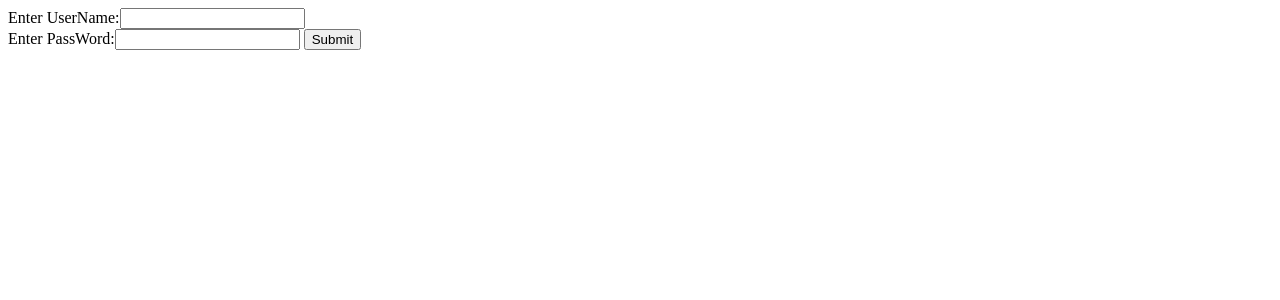
Repository: srikanthModugu/jdbc-servlet-jsp
Page: SutudentRegistration/WebContent/LoginPage.html
An editor plug-in stored every save of this project. The page is shown before and after the next save, followed by the edit.
The browser window is 1280 px wide. The pictures show the whole page.

Above is the page before, as saved 2017-10-02 11:03:52.

After the next save:
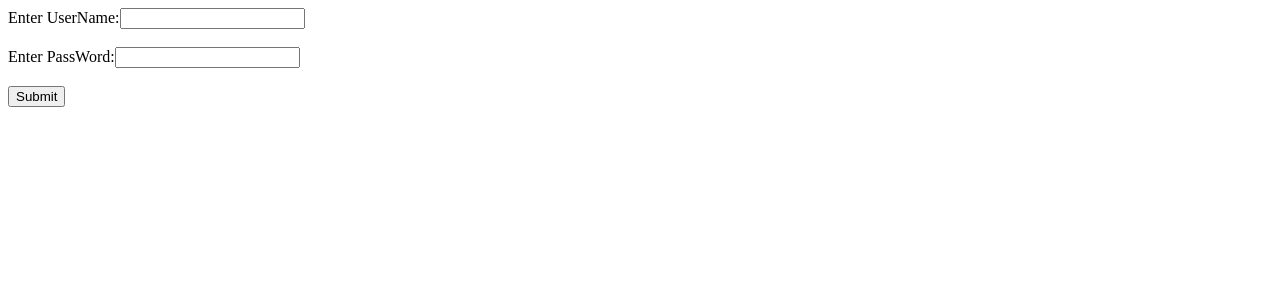
Saved 32 s later.
--- a/SutudentRegistration/WebContent/LoginPage.html
+++ b/SutudentRegistration/WebContent/LoginPage.html
@@ -6,8 +6,8 @@
 </head>
 <body>
 <form action="" method="get">
-Enter UserName:<input type="text" name="Uname"/><br>
-Enter PassWord:<input type="text" name="passWord"/>
+Enter UserName:<input type="text" name="Uname"/><br><br>
+Enter PassWord:<input type="text" name="passWord"/><br><br>
  <input type="submit"/>
 </form>
 
